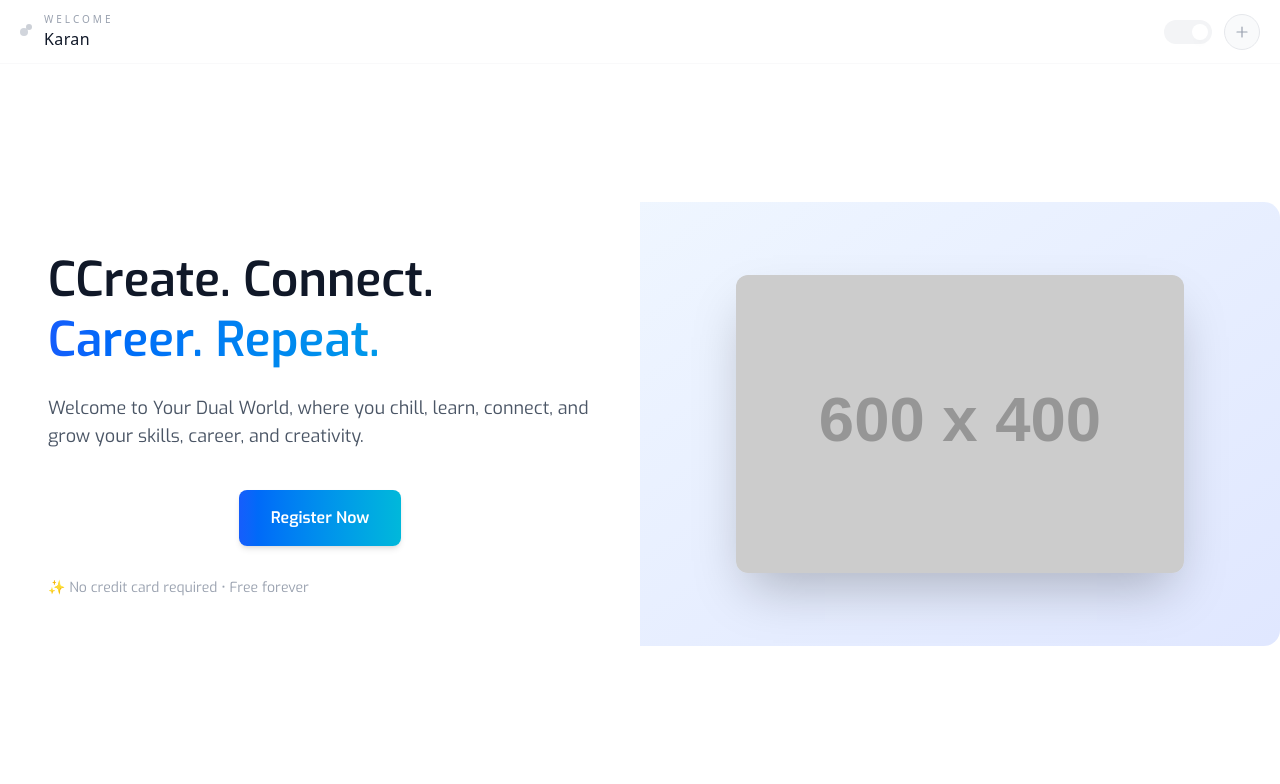
Repository: deepak445566/job
Page: / (app in frontend/)
The author's editor kept a copy of each file at every save. The page is drawn from the files as they stood at one save, then again after the next save.
The browser window is 1280 px wide. The pictures show the whole page.
The page's requests for data from a server got no answer. Some web fonts or font styles are not loaded; a fallback is used. The project was rebuilt for these pictures with package versions that can differ from the ones it lists, and the page was loaded fresh each time. Some packages were replaced by stand-ins written for this rebuild. No one was signed in, and anything a server would have sent is missing. Also part of the build but not shown: frontend/vite.config.js, frontend/src/Components/auth/Login.jsx, frontend/src/Components/study/StudyDashboard.jsx, frontend/src/Components/chill/ChillDashboard.jsx.

Above is the page before, as saved 2026-02-26 14:08:15.

### frontend/index.html
<!doctype html>
<html lang="en">
  <head>
    <meta charset="UTF-8" />
    <link rel="icon" type="image/svg+xml" href="/vite.svg" />
    <meta name="viewport" content="width=device-width, initial-scale=1.0" />
    <title>frontend</title>
    <link rel="preconnect" href="https://fonts.googleapis.com">
<link rel="preconnect" href="https://fonts.gstatic.com" crossorigin>
<link href="https://fonts.googleapis.com/css2?family=Exo:ital,wght@0,100..900;1,100..900&family=Playfair+Display:ital,wght@0,400..900;1,400..900&display=swap" rel="stylesheet">
  </head>
  <body>
    <div id="root"></div>
    <script type="module" src="/src/main.jsx"></script>
  </body>
</html>

### frontend/src/main.jsx
import { StrictMode } from 'react'
import { createRoot } from 'react-dom/client'
import './index.css'
import App from './App.jsx'
import {BrowserRouter} from 'react-router-dom'
import { AppContextProvider } from './context/AppContextProvider.jsx'




createRoot(document.getElementById('root')).render(
  <BrowserRouter>
  <AppContextProvider>
  <StrictMode>
    <App />
  </StrictMode>
  </AppContextProvider>
  </BrowserRouter>
)

### frontend/src/index.css
@import "tailwindcss";
.exo{
  font-family: "Exo", sans-serif;

  font-style: normal;
}

### frontend/src/App.jsx
import React from "react";
import Login from "./Components/auth/Login";
import { Route, Routes } from "react-router-dom";
import Dashboard from "./Components/Dashboard";
import { useAppContext } from "./context/AppContextProvider";
import Navbar from "./Components/common/Navbar";

function App() {
  const { showLogin } = useAppContext(); // user bhi lein context se

  return (
    <div>
      {/* Navbar hamesha dikhega */}
      <Navbar />

      {/* Login modal - tabhi dikhega jab showLogin true ho */}
      {showLogin && <Login />}

      <Routes>
        <Route path="/" element={<Dashboard />} />
      </Routes>
    </div>
  );
}

export default App;

### frontend/src/context/AppContextProvider.jsx
import { useContext, useEffect, useState } from "react";
import { useNavigate } from "react-router-dom";
import axios from "axios";
import { AppContext } from "./AppContext";
import toast from 'react-hot-toast';

axios.defaults.withCredentials = true;
axios.defaults.baseURL = import.meta.env.VITE_BACKEND_URL;
console.log("Base URL:", import.meta.env.VITE_BACKEND_URL);

export const AppContextProvider = ({ children }) => {
  const navigate = useNavigate();
  const [user, setUser] = useState(null);
  const [mode, setMode] = useState('chill'); // Default 'chill' ya 'study'
  const [showLogin, setShowLogin] = useState(false);
  const [loading, setLoading] = useState(true);

  const fetchUser = async () => {
    try {
      const { data } = await axios.get("/api/auth/isauth");
      if (data.success) {
        setUser(data.user);
        // User login hai toh uski mode fetch karo
        fetchUserMode();
      }
    } catch (error) {
      setUser(null);
    } finally {
      setLoading(false);
    }
  };

  // User ka mode fetch karne ka function
  const fetchUserMode = async () => {
    try {
      const { data } = await axios.get("/api/mode/");
      if (data.success) {
        setMode(data.mode);
      }
    } catch (error) {
      console.log("Error fetching mode:", error);
    }
  };

  // Mode toggle karne ka function
  const toggleMode = async () => {
    if (!user) {
      toast.error("Please login first");
      setShowLogin(true);
      return;
    }

    try {
      const { data } = await axios.put("/api/mode/switch");
      if (data.success) {
        setMode(data.mode);
        toast.success(data.message);
      }
    } catch (error) {
      toast.error(error.response?.data?.message || "Error switching mode");
    }
  };

  useEffect(() => {
    fetchUser();
  }, []);

  return (
    <AppContext.Provider
      value={{
        navigate,
        user,
        setUser,
        axios,
        setShowLogin,
        showLogin,
        mode,
        setMode,
        toggleMode,
        loading
      }}
    >
      {children}
    </AppContext.Provider>
  );
};

export const useAppContext = () => useContext(AppContext);

### frontend/src/Components/Dashboard.jsx
// components/Dashboard.jsx
import React from 'react';
import { useAppContext } from '../context/AppContextProvider';
import StudyDashboard from './study/StudyDashboard';
import ChillDashboard from './chill/ChillDashboard';

function Dashboard() {
  const { mode, user, setShowLogin, loading } = useAppContext();

  // Loading state
  if (loading) {
    return (
      <div className="min-h-screen flex items-center justify-center">
        <div className="text-center">
          <div className="w-16 h-16 border-4 border-blue-500 border-t-transparent rounded-full animate-spin mx-auto mb-4"></div>
          <p className="text-gray-600">Loading dashboard...</p>
        </div>
      </div>
    );
  }

  // Agar user login nahi hai
  if (!user) {
    return (
     <div className="min-h-screen  flex items-center justify-center  exo">

      <div className=" w-full   rounded-2xl overflow-hidden flex flex-col md:flex-row">

        {/* Left side: Text and button */}
        <div className="w-full md:w-1/2 p-5 sm:p-10 lg:p-12 flex flex-col justify-center space-y-6">
          {/* Heading */}
          <h1 className="text-4xl sm:text-5xl font-semibold text-gray-900 leading-tight">
           <span className=''>C</span>Create. Connect.
            <span className="text-transparent bg-clip-text bg-gradient-to-r from-blue-600 to-cyan-500 block ">
            Career. Repeat.
            </span>
          </h1>

          {/* Paragraph */}
          <p className="text-lg text-gray-600 ">
           Welcome to Your Dual World, where you chill, learn, connect, and grow your skills, career, and creativity.
          </p>

          {/* Register Now Button */}
          <div className="pt-4 flex justify-center">
            <button className="px-8 py-4 bg-gradient-to-r from-blue-600 to-cyan-500 text-white font-semibold rounded-lg shadow-md hover:shadow-lg transform hover:scale-105 transition-all duration-300 ease-in-out focus:outline-none focus:ring-2 focus:ring-blue-400 focus:ring-offset-2">
              Register Now
            </button>
          </div>

          {/* Optional extra trust indicator */}
          <p className="text-sm text-gray-400 pt-2">✨ No credit card required • Free forever</p>
        </div>

        {/* Right side: Image */}
        <div className="w-full md:w-1/2 bg-gradient-to-br from-blue-50 to-indigo-100 flex items-center justify-center p-8 sm:p-10 lg:p-12">
          {/*
            Using a placeholder image from placeholder.com.
            Replace the src with your own image.
            The image is made responsive with object-fit to maintain aspect ratio.
          */}
          <img
            src="https://placehold.co/600x400/3b82f6/ffffff/png?text=Your+Image+Here&font=montserrat"
            alt="Hero visual representing our platform"
            className="w-full h-auto max-w-md rounded-xl shadow-2xl object-cover transform hover:scale-105 transition-transform duration-500"
          />
        </div>
      </div>
    </div>
    );
  }

  // Mode ke hisaab se dashboard render karo
  return (
    <div className="transition-all duration-500">
      {mode === 'study' ? <StudyDashboard /> : <ChillDashboard />}
    </div>
  );
}

export default Dashboard;

### frontend/src/Components/common/Navbar.jsx
import React, { useState } from "react";
import { useAppContext } from "../../context/AppContextProvider";
import toast from "react-hot-toast";

function Navbar() {
  const { user, setUser, axios, setShowLogin, navigate, mode, toggleMode } =
    useAppContext();
  const [loggingOut, setLoggingOut] = useState(false);
  const [togglingMode, setTogglingMode] = useState(false);
  const [showProfileMenu, setShowProfileMenu] = useState(false);

  const handleLogout = async () => {
    try {
      setLoggingOut(true);
      const { data } = await axios.post("/api/auth/logout");
      if (data.success) {
        setUser(null);
        setShowLogin(true);
        toast.success("Logged out successfully");
        navigate("/");
      } else {
        toast.error(data.message || "Logout failed");
      }
    } catch (error) {
      toast.error(error.response?.data?.message || "Error logging out");
    } finally {
      setLoggingOut(false);
      setShowProfileMenu(false);
    }
  };

  const handleToggleMode = async () => {
    try {
      setTogglingMode(true);
      await toggleMode();
    } catch (error) {
      console.error("Error toggling mode:", error);
    } finally {
      setTogglingMode(false);
    }
  };

  const handleProfileClick = () => {
    if (user) {
      setShowProfileMenu(!showProfileMenu);
    } else {
      setShowLogin(true);
    }
  };

  // Get first letter of name for avatar
  const getInitial = () => {
    if (user?.username) return user.username[0].toUpperCase();
    if (user?.email) return user.email[0].toUpperCase();
    return 'K';
  };

  return (
    <nav className="bg-white/80 backdrop-blur-xl px-5 py-3 border-b border-gray-100/50 sticky top-0 z-50">
      <div className="flex justify-between items-center max-w-7xl mx-auto">
        {/* Left Side - Minimal Luxury Greeting */}
        <div className="flex items-center gap-4">
          {/* Ultra-minimal greeting dot */}
          <div className="relative">
            <div className="w-2 h-2 bg-gray-300 rounded-full"></div>
            <div className="absolute -top-1 -right-1 w-1.5 h-1.5 bg-gray-400 rounded-full opacity-50"></div>
          </div>

          {/* Name with exquisite typography */}
          <div className="flex flex-col">
            <span className="text-[10px] uppercase tracking-[0.3em] text-gray-400 font-light">
              Welcome
            </span>
            <div className="flex items-center gap-2">
              <span className="text-base font-light text-gray-900 tracking-wide">
                {user?.username || user?.email?.split('@')[0] || 'Karan'}
              </span>
              {user && (
                <span className="w-1 h-1 bg-gray-300 rounded-full"></span>
              )}
            </div>
          </div>
        </div>

        {/* Right Side - Ultra Minimal Actions */}
        <div className="flex items-center gap-3">
          {/* Mode Toggle - Refined Switch */}
          <button
            onClick={handleToggleMode}
            disabled={togglingMode || !user}
            className={`relative w-12 h-6 rounded-full transition-all duration-700 ${
              user
                ? mode === 'study'
                  ? 'bg-gray-900'
                  : 'bg-gray-400'
                : 'bg-gray-100 cursor-not-allowed'
            }`}
            title={!user ? "Login to switch mode" : `Switch to ${mode === 'study' ? 'Chill' : 'Study'}`}
          >
            <span
              className={`absolute top-1 left-1 w-4 h-4 bg-white rounded-full shadow-xl transform transition-all duration-500 ease-in-out ${
                mode === 'chill' ? 'translate-x-6' : ''
              }`}
            />
          </button>

          {/* Profile - Museum Quality */}
          <div className="relative">
            <button
              onClick={handleProfileClick}
              className="group relative focus:outline-none"
            >
              {/* Ultra subtle ring */}
              {user && (
                <div className="absolute -inset-0.5 bg-gradient-to-r from-gray-200 to-gray-300 rounded-full opacity-0 group-hover:opacity-100 transition-opacity duration-500 blur-[1px]"></div>
              )}

              {/* Minimal Avatar */}
              <div className={`relative w-9 h-9 rounded-full flex items-center justify-center transition-all duration-300 ${
                user
                  ? 'bg-gray-900 text-white border border-white/20'
                  : 'bg-gray-50 text-gray-400 border border-gray-200'
              }`}>
                {user ? (
                  <span className="text-xs font-light tracking-wider">{getInitial()}</span>
                ) : (
                  <svg width="16" height="16" viewBox="0 0 16 16" fill="none" xmlns="http://www.w3.org/2000/svg">
                    <path d="M8 3V13M3 8H13" stroke="currentColor" strokeWidth="1.2" strokeLinecap="round"/>
                  </svg>
                )}
              </div>
            </button>

            {/* Profile Menu - Minimal Luxury Dropdown */}
            {showProfileMenu && user && (
              <>
                {/* Backdrop */}
                <div
                  className="fixed inset-0 z-40"
                  onClick={() => setShowProfileMenu(false)}
                />

                {/* Menu Card - Like a luxury boutique */}
                <div className="absolute right-0 mt-3 w-56 bg-white/95 backdrop-blur-xl rounded-2xl shadow-[0_20px_40px_-15px_rgba(0,0,0,0.1)] border border-gray-100/80 z-50 overflow-hidden">
                  {/* User Info - Minimal */}
                  <div className="px-5 py-4 border-b border-gray-100/50">
                    <p className="text-xs text-gray-400 uppercase tracking-[0.2em] mb-2 font-light">
                      Account
                    </p>
                    <p className="text-sm font-medium text-gray-900 mb-0.5">
                      {user.username || 'User'}
                    </p>
                    <p className="text-xs text-gray-400 truncate font-light">
                      {user.email || 'user@example.com'}
                    </p>
                  </div>

                  {/* Menu Items - Refined */}
                  <div className="p-2">
                    <button
                      onClick={() => {
                        setShowProfileMenu(false);
                        navigate('/profile');
                      }}
                      className="w-full px-4 py-2.5 text-left hover:bg-gray-50/80 rounded-xl transition-all duration-200 flex items-center gap-3 text-gray-600 group"
                    >
                      <span className="text-sm opacity-50 group-hover:opacity-100 transition-opacity">👤</span>
                      <span className="text-xs font-light tracking-wide">Profile</span>
                    </button>

                    <button
                      onClick={() => {
                        setShowProfileMenu(false);
                        navigate('/settings');
                      }}
                      className="w-full px-4 py-2.5 text-left hover:bg-gray-50/80 rounded-xl transition-all duration-200 flex items-center gap-3 text-gray-600 group"
                    >
                      <span className="text-sm opacity-50 group-hover:opacity-100 transition-opacity">⚙️</span>
                      <span className="text-xs font-light tracking-wide">Settings</span>
                    </button>

                    <div className="h-px bg-gray-100/50 my-2"></div>

                    <button
                      onClick={handleLogout}
                      disabled={loggingOut}
                      className="w-full px-4 py-2.5 text-left hover:bg-red-50/50 rounded-xl transition-all duration-200 flex items-center gap-3 text-red-400 group"
                    >
                      <span className="text-sm opacity-50 group-hover:opacity-100 transition-opacity">🚪</span>
                      <span className="text-xs font-light tracking-wide flex-1">
                        {loggingOut ? "Exiting..." : "Sign out"}
                      </span>
                      {loggingOut && (
                        <span className="w-3 h-3 border border-red-300 border-t-transparent rounded-full animate-spin" />
                      )}
                    </button>
                  </div>
                </div>
              </>
            )}
          </div>
        </div>
      </div>
    </nav>
  );
}

export default Navbar;

Loaded but not shown: frontend/src/context/AppContext.jsx (common file)

After the next save:
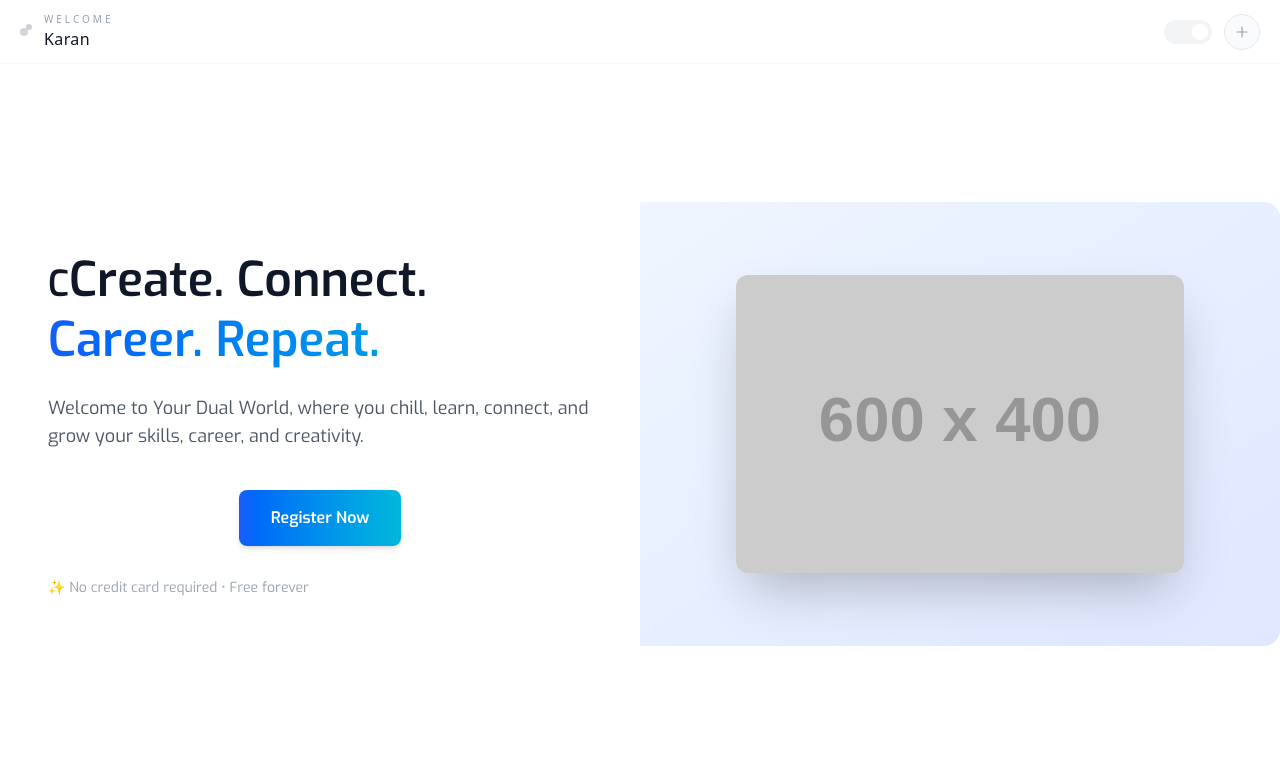
Saved 4 s later.
--- a/frontend/src/Components/Dashboard.jsx
+++ b/frontend/src/Components/Dashboard.jsx
@@ -30,7 +30,7 @@ function Dashboard() {
         <div className="w-full md:w-1/2 p-5 sm:p-10 lg:p-12 flex flex-col justify-center space-y-6">
           {/* Heading */}
           <h1 className="text-4xl sm:text-5xl font-semibold text-gray-900 leading-tight">
-           <span className=''>C</span>Create. Connect.
+           <span className='text-4xl'>C</span>Create. Connect.
             <span className="text-transparent bg-clip-text bg-gradient-to-r from-blue-600 to-cyan-500 block ">
             Career. Repeat.
             </span>
